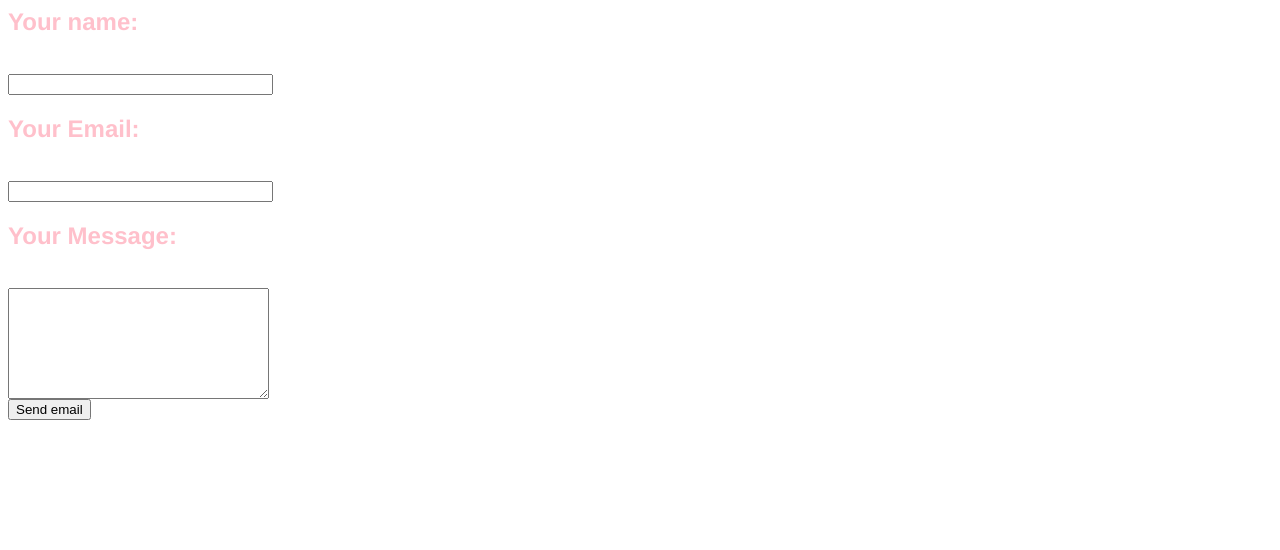
Repository: anelguel/lab18
Page: contact.html
The author's editor kept a record of every edit. The page is drawn from the files as they stood at one moment, then again after the next edit.
The browser window is 1280 px wide. The pictures show the whole page.

Above is the page before.

### contact.html
<html>
    <head><link href = "homepagecss.css" rel="stylesheet">
        <title> Contact Us </title>
    </head>
    <body>
        <form id="contact_form" action="anelguel@gmail.com" method="POST" enctype="multipart/form-data">
	<div class="row">
		<label for="name"><h2>Your name:</h2></label><br />
		<input id="name" class="input" name="name" type="text" value="" size="30" /><br />
	</div>
	<div class="row">
		<label for="email"><h2>Your Email:</h2></h2></label><br />
		<input id="email" class="input" name="email" type="text" value="" size="30" /><br />
	</div>
	<div class="row">
		<label for="message"><h2>Your Message:</h2></label><br />
		<textarea id="message" class="input" name="message" rows="7" cols="30"></textarea><br />
	</div>
	<input id="submit_button" type="submit" value="Send email" />
</form>

    </body>
</html>

### homepagecss.css
body {
    background-color: white;
}

h1 {
    color: B10064;
    text-align: center;
    font-family: helvetica;
    font-weight: bold;
    font-size: 50px
}
h2 {
    color: pink;
    text-align: left;
    font-family: helvetica;
    font-weight: bold;
}
h3{
    color: black;
    font-family:helvetica;
    font-size:15px;
}

p {
    font-family: helvetica;
    font-size: 20px;
}

a:link {
    color: hotpink;
   text-decoration: none;
}


a:visited {
    color: 562A72;
}


a:hover {
    color: D46F6A;
}


a:active {
    color: 562A72;
}

After the next edit:
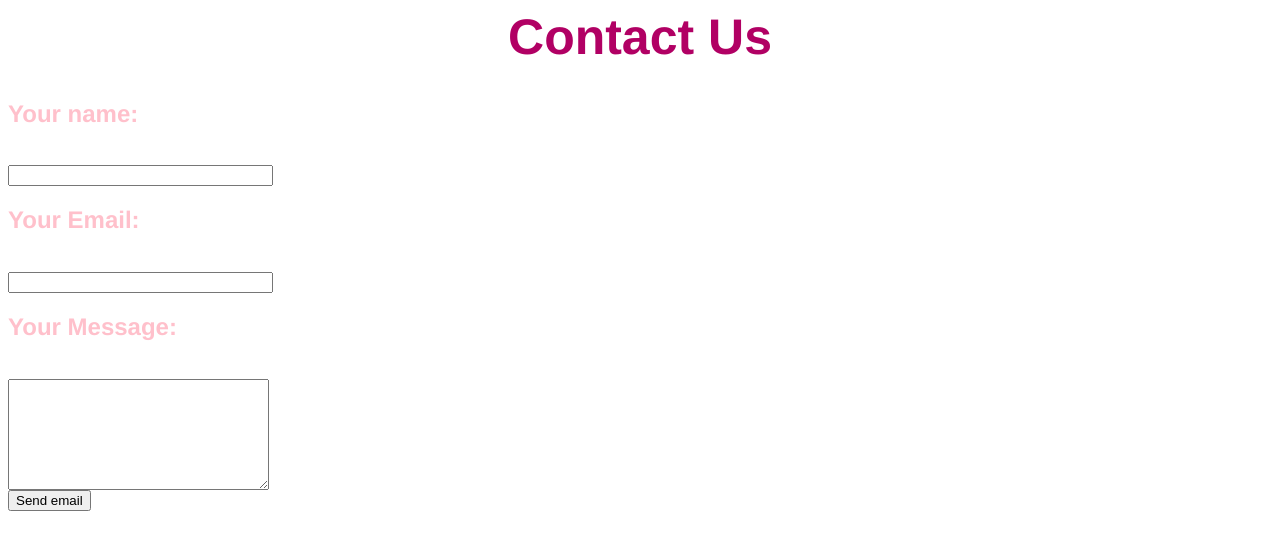
The edit:
--- a/contact.html
+++ b/contact.html
@@ -2,7 +2,7 @@
     <head><link href = "homepagecss.css" rel="stylesheet">
         <title> Contact Us </title>
     </head>
-    <body>
+    <body><h1>Contact Us</h1>
         <form id="contact_form" action="anelguel@gmail.com" method="POST" enctype="multipart/form-data">
 	<div class="row">
 		<label for="name"><h2>Your name:</h2></label><br />
